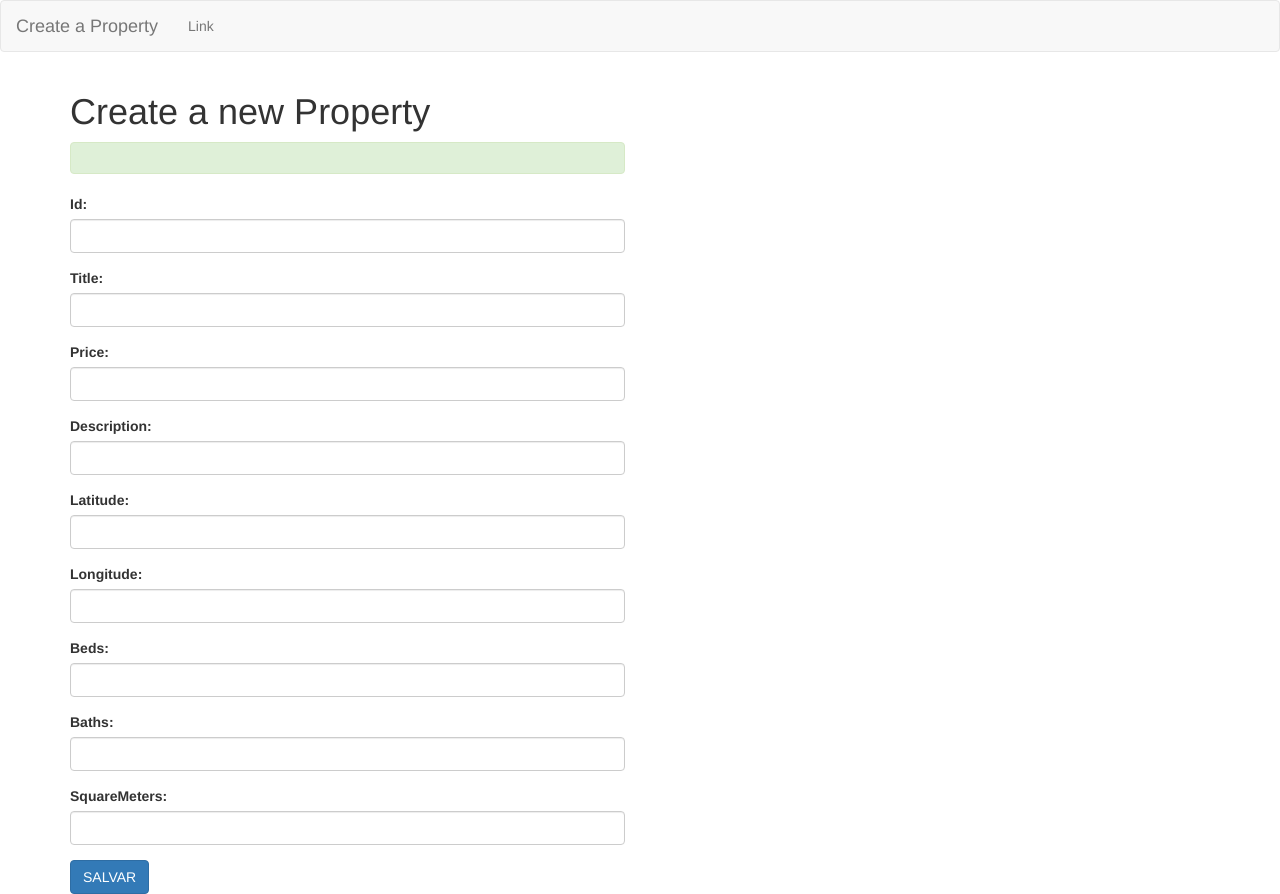
Repository: djoysilva/vivaRealChallenge
Page: http://localhost/vivaReal2.0/createProperty.jsp
The author's editor kept a copy of each file at every save. The page is drawn from the files as they stood at one save, then again after the next save.
The browser window is 1280 px wide. The pictures show the whole page.
The page is served by Tomcat 9. Other server files are loaded and not shown.

Above is the page before, as saved 2016-11-02 23:24:55.

### VivaRealWorkSpace/vivaReal2.0/WebContent/createProperty.jsp
<%@ page language="java" contentType="text/html; charset=ISO-8859-1"
    pageEncoding="ISO-8859-1"%>
<!DOCTYPE html PUBLIC "-//W3C//DTD HTML 4.01 Transitional//EN" "http://www.w3.org/TR/html4/loose.dtd">
<html>
<head>
<meta http-equiv="Content-Type" content="text/html; charset=ISO-8859-1">
<%@ include file = "include.jsp"%>
<title>Create a new property</title>
</head>
<body>
	<%@ include file = "menu.jsp" %>
	<div class = "container">
		<h1>Create a new Property</h1>

		<div class = "row">
			<div class = "col-md-6">
				<div class = "alert alert-success">
					${success}
				</div>
				<form action="propertyServlet" method="post">
					<input type="hidden" name="action" value="create">
					<div class = "form-group">
						<label for="idId">Id:</label>
						<input type="text" name="id" id="idId" class="form-control">
					</div>
					<div class = "form-group">
						<label for="idTitle">Title:</label>
						<input type="text" name="title" id="idTitle" class="form-control">
					</div>
					<div class = "form-group">
						<label for="idPrice">Price:</label>
						<input type="text" name="price" id="idPrice" class="form-control">
					</div>
					<div class = "form-group">
						<label for="idDesc">Description:</label>
						<input type="text" name="description" id="idDesc" class="form-control">
					</div>
					<div class = "form-group">
						<label for="idLatitude">Latitude:</label>
						<input type="text" name="latitude" id="idLatitude" class="form-control">
					</div>
					<div class = "form-group">
						<label for="idLongitude">Longitude:</label>
						<input type="text" name="longitude" id="idLongitude" class="form-control">
					</div>
					<div class = "form-group">
						<label for="idBeds">Beds:</label>
						<input type="text" name="beds" id="idBeds" class="form-control">
					</div>
					<div class = "form-group">
						<label for="idBaths">Baths:</label>
						<input type="text" name="baths" id="idBaths" class="form-control">
					</div>
					<div class = "form-group">
						<label for="idSquare">SquareMeters:</label>
						<input type="text" name="square" id="idSquare" class="form-control">
					</div>
					<div>
						<input type="submit" value="SALVAR" class="btn btn-primary">
					</div>
				</form>
			</div>
		</div>
	</div>
</body>
</html>

### VivaRealWorkSpace/vivaReal2.0/WebContent/include.jsp
<link rel = "stylesheet" type = "text/css" href="css/bootstrap.min.css">
<%@ taglib prefix = "c" uri = "http://java.sun.com/jsp/jstl/core" %>

### VivaRealWorkSpace/vivaReal2.0/WebContent/menu.jsp
<nav class="navbar navbar-default">
  <div class="container-fluid">
    <!-- Brand and toggle get grouped for better mobile display -->
    <div class="navbar-header">
      <button type="button" class="navbar-toggle collapsed" data-toggle="collapse" data-target="#bs-example-navbar-collapse-1" aria-expanded="false">
        <span class="sr-only">Toggle navigation</span>
        <span class="icon-bar"></span>
        <span class="icon-bar"></span>
        <span class="icon-bar"></span>
      </button>
      <a class="navbar-brand" href="createProperty.jsp">Create a Property</a>
    </div>

    <!-- Collect the nav links, forms, and other content for toggling -->
    <div class="collapse navbar-collapse" id="bs-example-navbar-collapse-1">
      <ul class="nav navbar-nav">
        <li><a href="#">Link</a></li>
      </ul>
    </div><!-- /.navbar-collapse -->
  </div><!-- /.container-fluid -->
</nav>

Loaded but not shown: VivaRealWorkSpace/vivaReal2.0/WebContent/css/bootstrap.min.css (library)

After the next save:
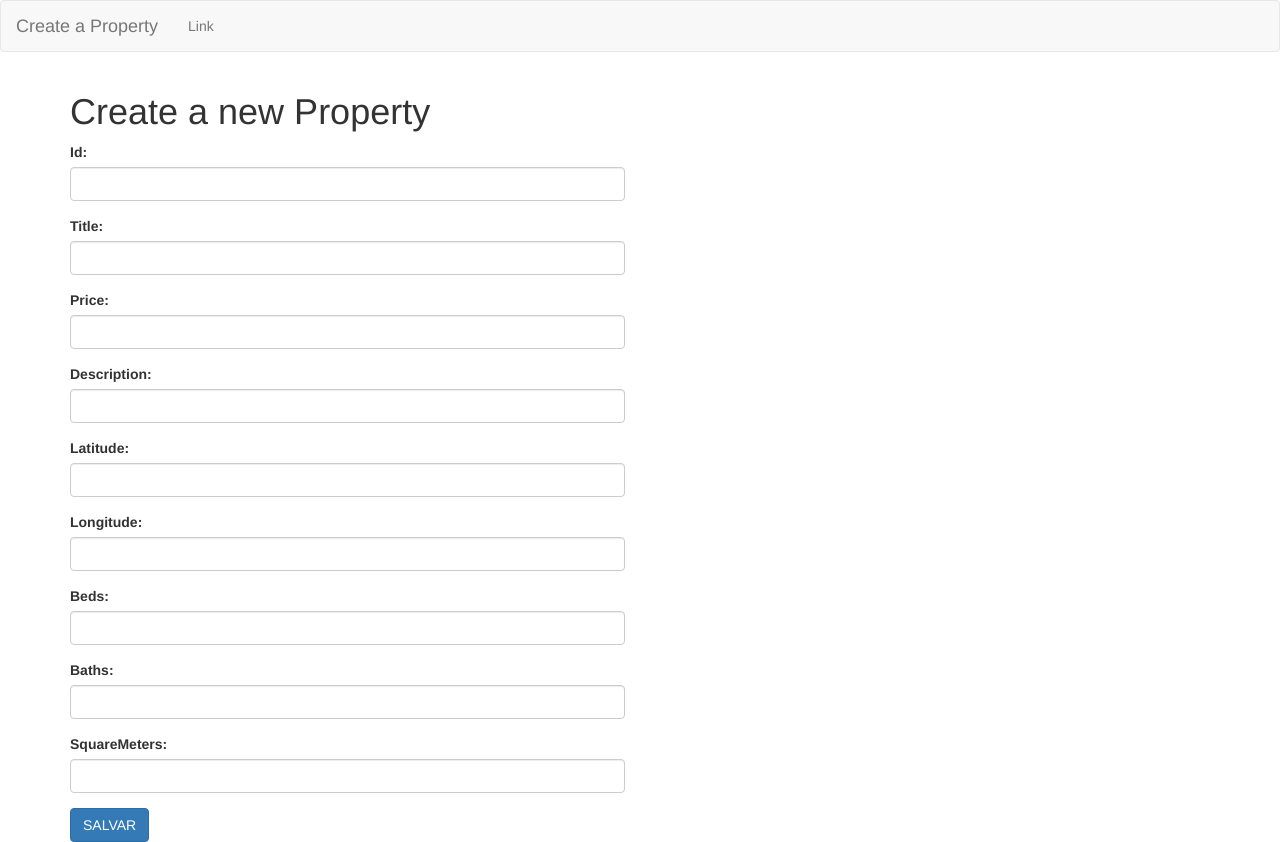
Saved 4 min 21 s later.
--- a/VivaRealWorkSpace/vivaReal2.0/WebContent/createProperty.jsp
+++ b/VivaRealWorkSpace/vivaReal2.0/WebContent/createProperty.jsp
@@ -14,9 +14,12 @@
 
 		<div class = "row">
 			<div class = "col-md-6">
-				<div class = "alert alert-success">
-					${success}
-				</div>
+				<c:if test = "${not empty success}">
+					<div class = "alert alert-success">
+						${success}
+					</div>
+				</c:if>
+
 				<form action="propertyServlet" method="post">
 					<input type="hidden" name="action" value="create">
 					<div class = "form-group">

After the save that followed:
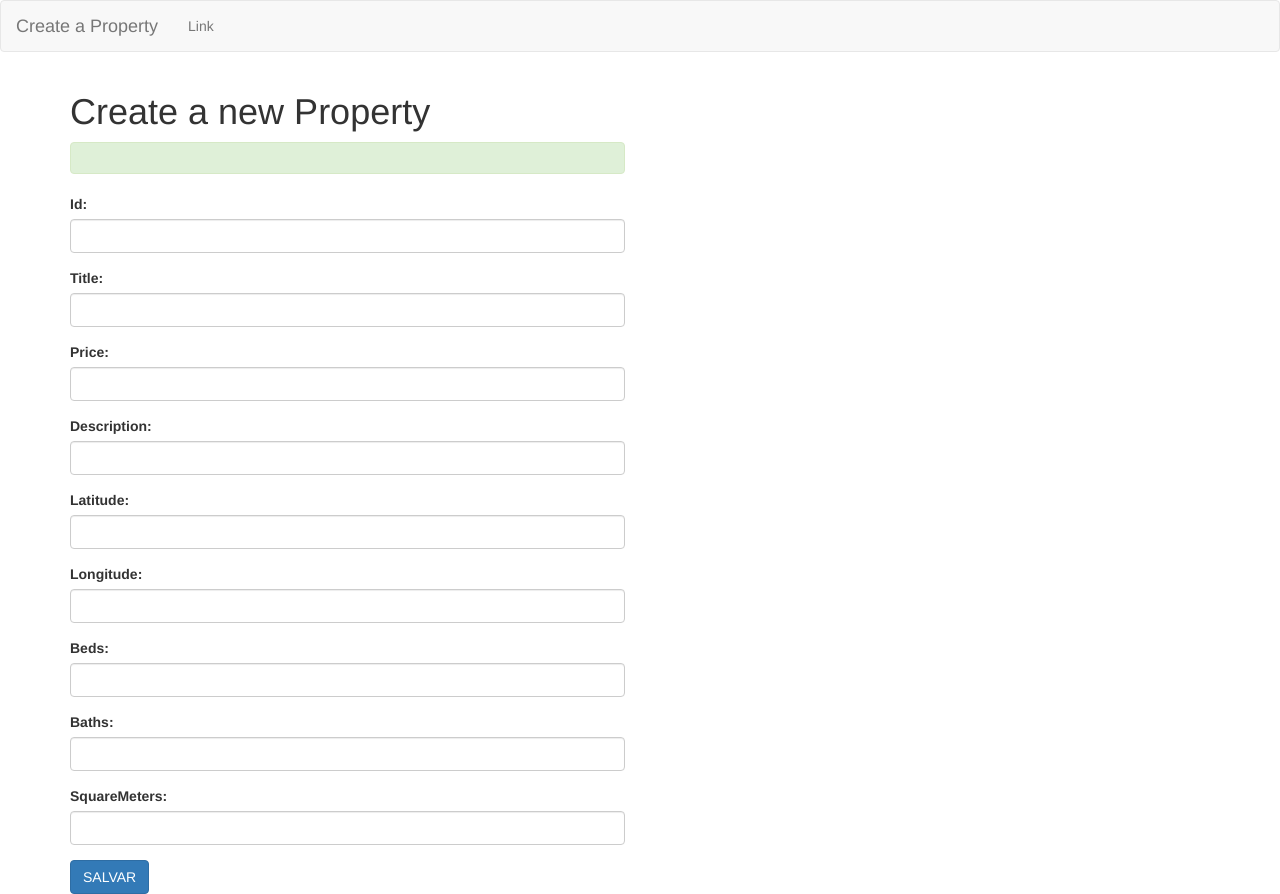
Saved 49 s later.
--- a/VivaRealWorkSpace/vivaReal2.0/WebContent/include.jsp
+++ b/VivaRealWorkSpace/vivaReal2.0/WebContent/include.jsp
@@ -1,2 +1 @@
 <link rel = "stylesheet" type = "text/css" href="css/bootstrap.min.css">
-<%@ taglib prefix = "c" uri = "http://java.sun.com/jsp/jstl/core" %>
